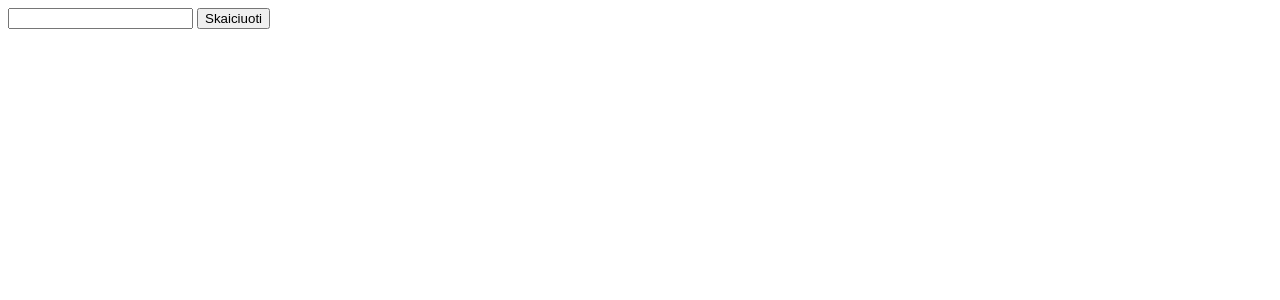
Repository: motiejus1/04-paskaita-PHP-05.31
Page: http://localhost/skaiciuotuvas.php
These files come from the project's save history. The page is drawn as it stood at one moment and after a run of saves; the edit follows.
The browser window is 1280 px wide. The pictures show the whole page.
The page is run by PHP 8.4 with error messages shown; the project is at /var/www/html/.

Above is the page before, as saved 2021-07-26 21:08:26.

### skaiciuotuvas.php
<!DOCTYPE html>
<html lang="en">
<head>
    <meta charset="UTF-8">
    <meta http-equiv="X-UA-Compatible" content="IE=edge">
    <meta name="viewport" content="width=device-width, initial-scale=1.0">
    <title>Skaiciuotuvas</title>
</head>
<body>

    <form action="skaiciuotuvas.php" method="get">
        <input type="text" name ="aritmetika" />
        <button type="submit" name="patvirtinti">Skaiciuoti</button>
    </form>

    <?php

    if(isset($_GET["patvirtinti"])) {
        echo "Mygtukas paspaustas";

        if(isset($_GET["aritmetika"]) && !empty($_GET["aritmetika"])) {
            $aritmetika = $_GET["aritmetika"];
            // +
            // teksta => masyva
            // 4+5 [4, '+', 5]
            // 150 + 3 [1,5,0,"+",3]
            // $duomenuMasyvas = str_split($aritmetika, 1) //teksta i masyva i vienodas dalis
            // explode - teksta pavercia i masyva
            // suskaido i masyva pagal delimiter(simboli)


            //
            // 4+5 => [4, '+', 5]
            // 4-5 => [4, '-', 5]
            // 4*5 => [4, '*', 5]
            // 4/5 => [4, '/', 5]
            // 4%5 => [4, '%', 5]

            echo $aritmetika;
        } else {
            echo "Laukelis tuscias";
        }
    }

    // $_GET["patvirtinti"] = // true arba false reiksmes
    // jei mygtukas buvo paspaustas - true
    //jei ne - false



    // 1. Užduotis "Skaičiuotuvas"

    // Sukurti skaičiuotuvą.
    // Skaičiuotuve įvedami du skaičiai ir veiksmas ivedamas i ta pati laukeli.
    // Rezultatas išvedamas į div.

    //2. Papildyti Užduotis "Skaičiuotuvas" taip,
    // kad rezultatas būtų atvaizduojamas tame pačiame lange


    ?>
</body>
</html>

After the next 2 saves:
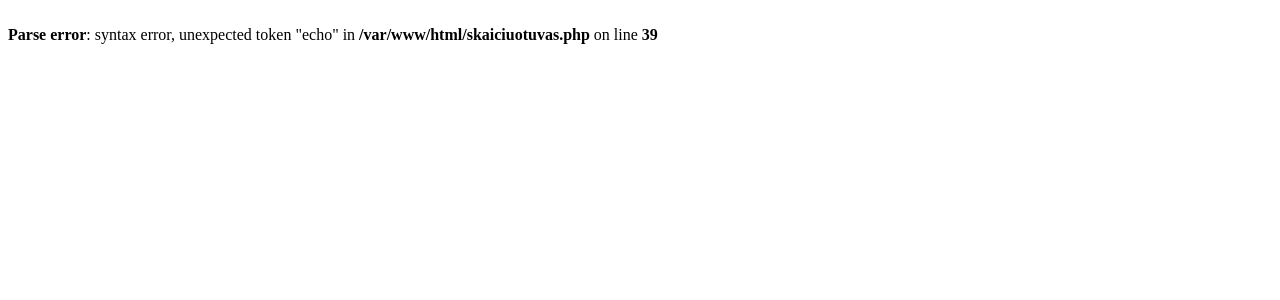
The 2 saves are shown as one change because they came seconds apart.
The last was saved 7 s later.
--- a/skaiciuotuvas.php
+++ b/skaiciuotuvas.php
@@ -27,7 +27,7 @@
             // $duomenuMasyvas = str_split($aritmetika, 1) //teksta i masyva i vienodas dalis
             // explode - teksta pavercia i masyva
             // suskaido i masyva pagal delimiter(simboli)
-
+            $duomenuMasyvas = explode()
 
             //
             // 4+5 => [4, '+', 5]

After the save that followed:
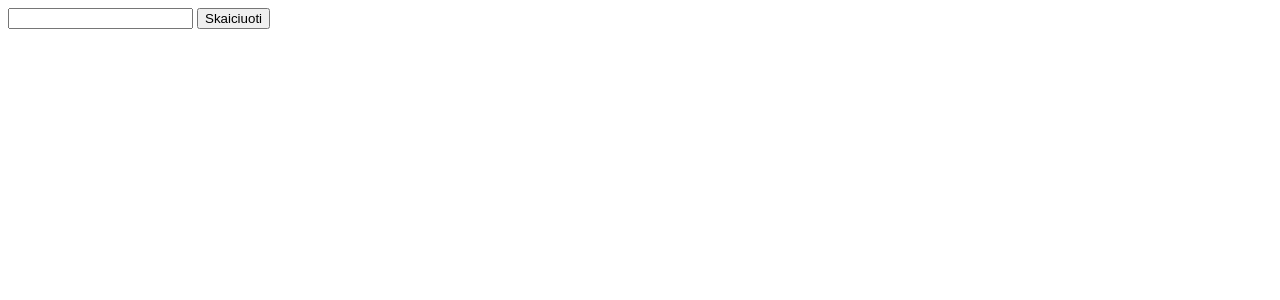
Saved 9 s later.
--- a/skaiciuotuvas.php
+++ b/skaiciuotuvas.php
@@ -27,7 +27,7 @@
             // $duomenuMasyvas = str_split($aritmetika, 1) //teksta i masyva i vienodas dalis
             // explode - teksta pavercia i masyva
             // suskaido i masyva pagal delimiter(simboli)
-            $duomenuMasyvas = explode()
+            $duomenuMasyvas = explode();
 
             //
             // 4+5 => [4, '+', 5]
